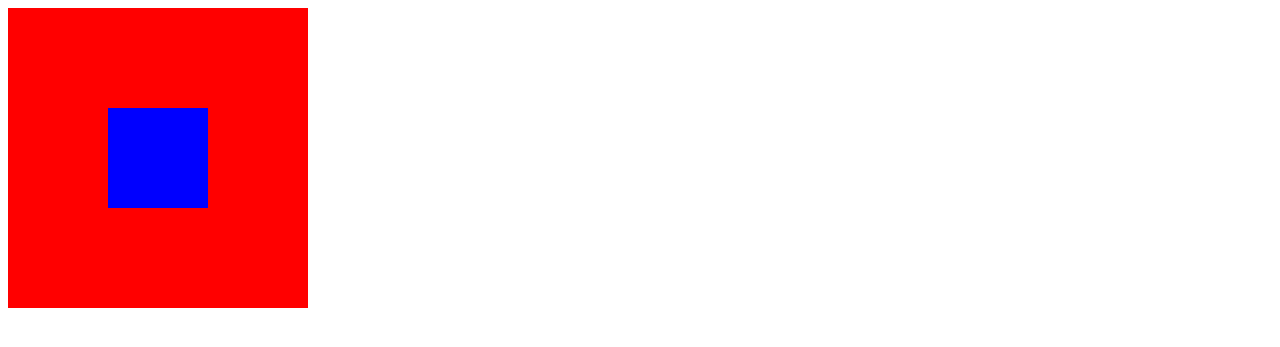
Repository: rascalNoShippo/git-practice
Page: box/box.html
The author's editor kept a record of every edit. The page is drawn from the files as they stood at one moment, then again after the next edit.
The browser window is 1280 px wide. The pictures show the whole page.

Above is the page before.

### box/box.html
<!doctype html>
<html lang="ja">
  <head>
    <meta charset="utf-8">
    <link rel="stylesheet" href="box.css">
    <title>BOX</title>
  </head>
  <body>
    <div class="box1">
      <div class="box2"></div>
    </div>
  </body>
</html>

### box/box.css
.box1{
  width: 300px;
  height: 300px;
  background-color: red;
  display: flex;
  align-items: center;
  justify-content: center;
  }

.box2{
  display: flex;
  width: 100px;
  height: 100px;
  background-color: blue

}

After the next edit:
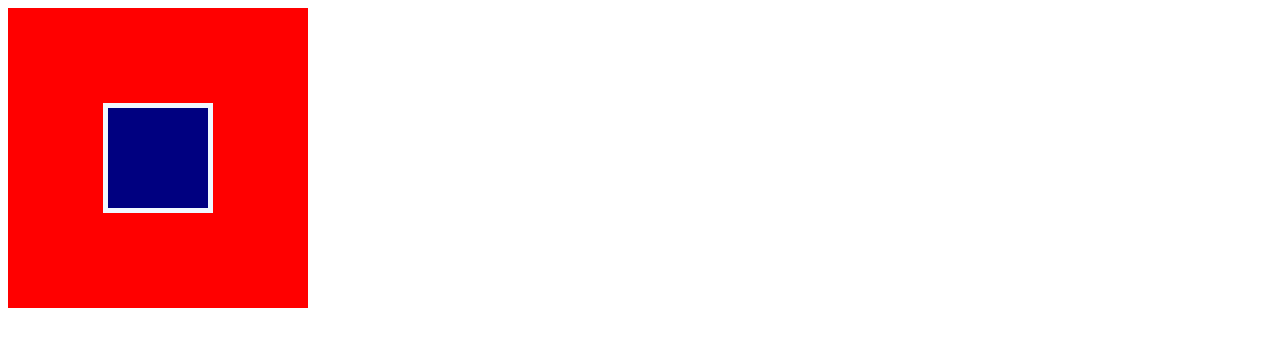
The edit:
--- a/box/box.css
+++ b/box/box.css
@@ -11,6 +11,6 @@
   display: flex;
   width: 100px;
   height: 100px;
-  background-color: blue
-
+  background-color: navy;
+  border: 5px aliceblue solid;
 }
